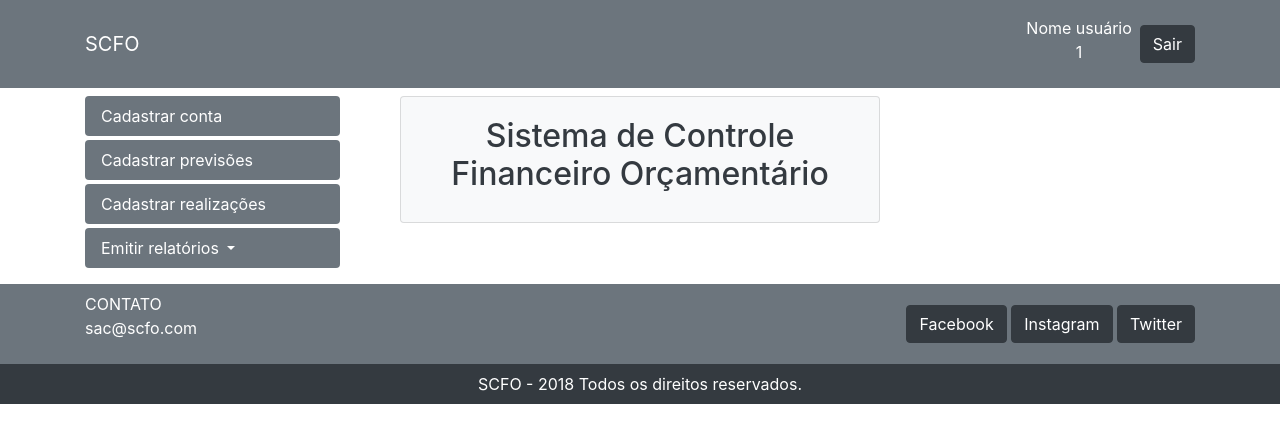
Repository: MaickSilva/scfoheroku
Page: http://localhost/logado.php
The author's editor kept a record of every edit. The page is drawn from the files as they stood at one moment, then again after the next edit.
The browser window is 1280 px wide. The pictures show the whole page.
Some web libraries are served in a nearby version. The page is run by PHP 8.4 with error messages shown; the project is at /var/www/html/. The session is filled in as if someone had signed in: {"UsuarioLog": true, "cpf": 1, "senha": 1}. Other server files are loaded and not shown.

Above is the page before.

### workspace/logado.php
<?php include "header.php" ?>
<?php
    session_start();
    if(!isset($_SESSION['UsuarioLog'])){
        header("Location: index.php");
        session_destroy();
    }

    if(isset($_GET['logout'])){
        session_destroy();
        header("Location: index.php");
    }
?>

    <?php include "navbarLogado.php" ?>

        <div class="container mb-3">
            <div class="row">
                <div class="col-12 col-sm-12 col-md-4 col-lg-3">
                    <div class="nav flex-column nav-pills mt-2" id="v-pills-tab" role="tablist" aria-orientation="vertical">
                        <a href="cadastrarConta.php" class="nav-link btn-secondary" id="cadastroConta" role="tab" aria-controls="v-pills-home" aria-selected="false">Cadastrar conta</a>
                        <a href="cadastrarPrevisao.php" class="nav-link btn-secondary mt-1" id="v-pills-profile-tab" role="tab" aria-controls="v-pills-profile" aria-selected="false">Cadastrar previsões</a>
                        <a href="inserirValores.php" class="nav-link btn-secondary mt-1" id="inserirValores" role="tab" aria-controls="v-pills-valores" aria-selected="false">Cadastrar realizações</a>
                        <div class="dropdown">
                          <a href="#" class="nav-link btn-secondary dropdown-toggle mt-1" id="dropdownMenuButton" aria-controls="v-pills-valores" data-toggle="dropdown" aria-haspopup="true" aria-expanded="true">
                            Emitir relatórios
                          </a>
                          <div class="dropdown-menu" aria-labelledby="dropdownMenuLink">
                            <a class="dropdown-item" href="#">Relatorio 1</a>
                            <a class="dropdown-item" href="#">Relatorio 2</a>
                            <a class="dropdown-item" href="#">Relatorio 3</a>
                          </div>
                        </div>
                    </div>
                </div>

                <div class="col-12 col-sm-12 col-md-8 col-lg-6">
                    <div class="card text-white bg-light mb-3 mt-2 mx-auto" style="max-width: 30rem;">
                        <div class="card-body">
                            <div class="container">
                                <form class="mx-auto text-dark " style="width: auto;" "card-text">
                                    <div class="container text-center">
                                        <h2>Sistema de Controle Financeiro Orçamentário</h2>
                                    </div>
                                </form>
                            </div>
                        </div>
                    </div>
                </div>
            </div>
        </div>

    <?php include "footer.php" ?>

</body>
</html>

### workspace/header.php
<!DOCTYPE html>
<html lang="pt-br">

<head>
    <meta charset="utf-8">
    <meta http-equiv="X-UA-Compatible" content="IE=edge">
    <meta name="viewport" content="width=device-width, initial-scale=1">
    <title>Sistema de Controle Financeiro Orçamentário</title>

    <!-- Bootstrap CSS-->
    <link rel="stylesheet" href="css/bootstrap.min.css">
    <link rel="stylesheet" href="css/style.css">

    <link rel="stylesheet" href="https://use.fontawesome.com/releases/v5.0.12/css/all.css" integrity="sha384-G0fIWCsCzJIMAVNQPfjH08cyYaUtMwjJwqiRKxxE/rx96Uroj1BtIQ6MLJuheaO9" crossorigin="anonymous">

    <!-- Formatação de textos -->
    <script>
        function formatar(mascara, documento){
          var i = documento.value.length;
          var saida = mascara.substring(0,1);
          var texto = mascara.substring(i)

          if (texto.substring(0,1) != saida){
                    documento.value += texto.substring(0,1);
          }

        }
    </script>
</head>

<body>

### workspace/navbarLogado.php
<nav class="navbar navbar-expand-md navbar-dark bg-secondary ">
    <div class="container">
        <a class="navbar-brand " href="logado.php">SCFO</a>
        <form class="form-inline">
            <ul class="list-unstyled text-white text-center ml-2 mr-2 pt-2">
                <li>
                    <p class="mb-0 ">Nome usuário</p>
                </li>
                <li>
                    <?php
                    echo " ".$_SESSION['cpf']
                    ?>

                </li>
            </ul>
            <button type="button" class="btn btn-dark">Sair</button>
        </form>
    </div>
</nav>

### workspace/footer.php


    <footer class="container-fluid navbar navbar-expand-md navbar-dark bg-secondary">
        <div class="container text-white">
            <p>CONTATO<br>
            <span>sac@scfo.com</span></p>

          <nav class="float-right">
              <span>
                  <button class="btn btn-dark">Facebook</button>
                  <button class="btn btn-dark">Instagram</button>
                  <button class="btn btn-dark">Twitter</button>
              </span>
          </nav>
        </div>
    </footer>

    <div class="container-fluid bg-dark text-center text-white p-2">SCFO - 2018 Todos os direitos reservados.</div>

  <script src="js/jquery-3.3.1.slim.min.js"></script>
  <script src="js/popper.min.js"></script>
  <script src="js/bootstrap.min.js"></script>

Loaded but not shown: workspace/css/bootstrap.min.css (library); workspace/js/jquery-3.3.1.slim.min.js (library); workspace/js/popper.min.js (library); workspace/js/bootstrap.min.js (library); workspace/css/style.css (no stored copy; drawn as an empty file)

After the next edit:
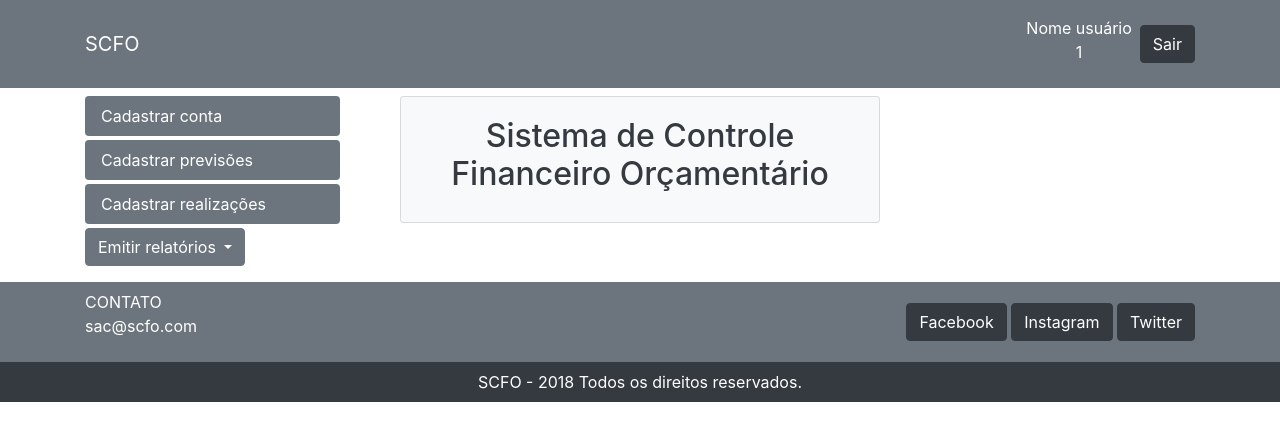
The edit:
--- a/workspace/logado.php
+++ b/workspace/logado.php
@@ -22,7 +22,7 @@
                         <a href="cadastrarPrevisao.php" class="nav-link btn-secondary mt-1" id="v-pills-profile-tab" role="tab" aria-controls="v-pills-profile" aria-selected="false">Cadastrar previsões</a>
                         <a href="inserirValores.php" class="nav-link btn-secondary mt-1" id="inserirValores" role="tab" aria-controls="v-pills-valores" aria-selected="false">Cadastrar realizações</a>
                         <div class="dropdown">
-                          <a href="#" class="nav-link btn-secondary dropdown-toggle mt-1" id="dropdownMenuButton" aria-controls="v-pills-valores" data-toggle="dropdown" aria-haspopup="true" aria-expanded="true">
+                          <a class="btn btn-secondary dropdown-toggle mt-1 text-white" id="dropdownMenuLink" aria-controls="v-pills-valores" role="tab" data-toggle="dropdown" aria-haspopup="true" aria-expanded="false">
                             Emitir relatórios
                           </a>
                           <div class="dropdown-menu" aria-labelledby="dropdownMenuLink">
